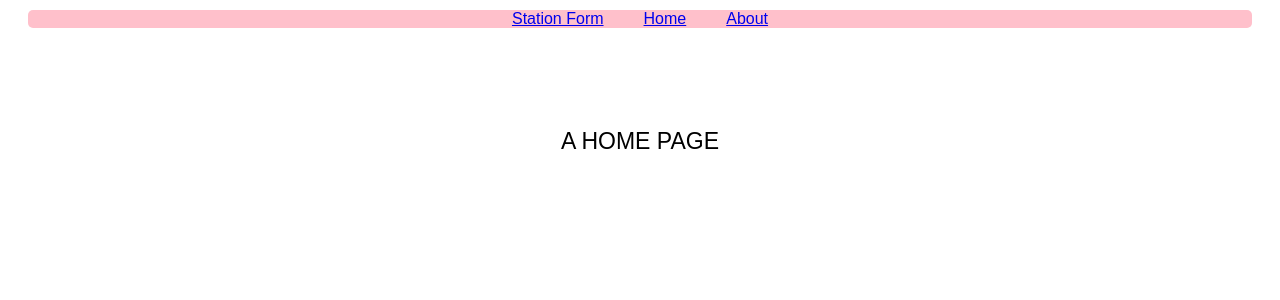
Repository: rutsguifd/mkr2
Page: /
The author's editor kept a copy of each file at every save. The page is drawn from the files as they stood at one save, then again after the next save.
The browser window is 1280 px wide. The pictures show the whole page.
The project was rebuilt for these pictures with package versions that can differ from the ones it lists, and the page was loaded fresh each time. Also part of the build but not shown: src/views/About.vue, src/components/FavoriteTrips.vue, src/components/AddTrip.vue, src/components/TripCard.vue, src/views/StationForm.vue.

Above is the page before, as saved 2021-12-21 22:24:48.

### src/App.vue
<template>
  <div>
    <router-view />
  </div>
</template>

<script>
  export default {

  }
</script>

<style lang="scss" scoped>

</style>

### src/router/index.js
import { createRouter, createWebHashHistory } from 'vue-router'
import Home from '../views/Home.vue'
import About from '../views/About.vue'
import StationForm from '../views/StationForm.vue'


const routes = [
  {
    path: '/',
    name: 'Home',
    component: Home
  },
  {
    path: '/about',
    name: 'About',
    component: About
  },
  {
    path: '/station-form',
    name: 'StationForm',
    component: StationForm
  }
]

const router = createRouter({
  history: createWebHashHistory(),
  routes
})

export default router

### src/store/index.js
import { createStore } from 'vuex'

export default createStore({
  state: {
    tripInfo: [
      {
        id: 1,
        tripStart: "Uzh",
        tripEnd: "Muk",
        tripDuration: "1 hour",
        tripPrice: "500",
        vehicle: "Bus"
      },
      {
        id: 2,
        tripStart: "Kiev",
        tripEnd: "Muk",
        tripDuration: "2 hours",
        tripPrice: "1000",
        vehicle: "Train"
      },
      {
        id: 3,
        tripStart: "Lviv",
        tripEnd: "Uzh",
        tripDuration: "1.5 hours",
        tripPrice: "500",
        vehicle: "Bus"
      }
    ],
    favoriteTrips: []
  },
  mutations: {
    addTrip(state, trip) {
      state.tripInfo.push({
        tripStart: trip.start,
        tripEnd: trip.end,
        tripDuration: trip.dur,
        tripPrice: trip.price,
        vehicle: trip.veh
      })
    },
    deleteTrip(state, ind) {
      state.tripInfo.splice(ind, 1)
    },
    addToFavorites(state, trip) {
      state.favoriteTrips.push({
        tripStart: trip.start,
        tripEnd: trip.end,
        tripDuration: trip.dur,
        tripPrice: trip.price,
        vehicle: trip.veh
      });
      console.log(state.favoriteTrips)
    }
  },
  actions: {},
  getters: {
    AllTrips(state) {
      return state.tripInfo
    },
    AllFavoriteTrips(state) {
      return state.favoriteTrips
    }
  }
})

### src/views/Home.vue
<template>
    <Header />
  <div class="fz">
    A HOME PAGE
  </div>
</template>

<script>
import Header from '../components/Header.vue'
  export default {
    name: "Home",
    components: {
      Header
    }
  }
</script>

<style lang="scss" scoped>
* {
  margin: 0;
  padding: 0;
  box-sizing: border-box;
  font-family: "Fira Sans", sans-serif;
}
div {
  .fz{
      font-size: 23px;
  }
  margin-top: 100px;
  text-align: center;
}
</style>

### src/components/Header.vue
<template>
  <div class="header">
    <span><router-link to="/station-form">Station Form</router-link></span>
    <span><router-link to="/">Home</router-link></span>
    <span><router-link to="/about">About</router-link></span>
  </div>
</template>

<script>
export default {};
</script>

<style lang="scss" scoped>
.header{
    text-align: center;
    margin: 10px 20px;
    background: pink;
    border-radius: 5px;
    span{
        margin: 0px 20px;
    }
}
</style>

Loaded but not shown: public/index.html (common file); src/main.js (common file)

After the next save:
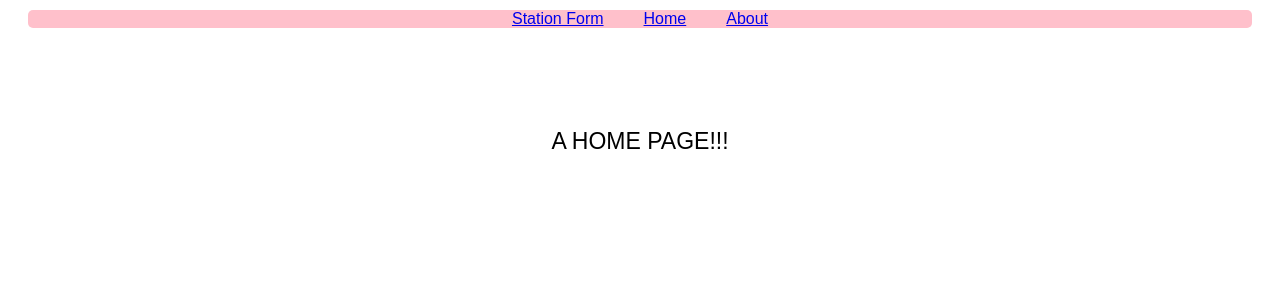
Saved 9 s later.
--- a/src/views/Home.vue
+++ b/src/views/Home.vue
@@ -1,18 +1,16 @@
 <template>
-    <Header />
-  <div class="fz">
-    A HOME PAGE
-  </div>
+  <Header />
+  <div class="fz">A HOME PAGE!!!</div>
 </template>
 
 <script>
-import Header from '../components/Header.vue'
-  export default {
-    name: "Home",
-    components: {
-      Header
-    }
-  }
+import Header from "../components/Header.vue";
+export default {
+  name: "Home",
+  components: {
+    Header,
+  },
+};
 </script>
 
 <style lang="scss" scoped>
@@ -23,8 +21,8 @@ import Header from '../components/Header.vue'
   font-family: "Fira Sans", sans-serif;
 }
 div {
-  .fz{
-      font-size: 23px;
+  .fz {
+    font-size: 23px;
   }
   margin-top: 100px;
   text-align: center;
